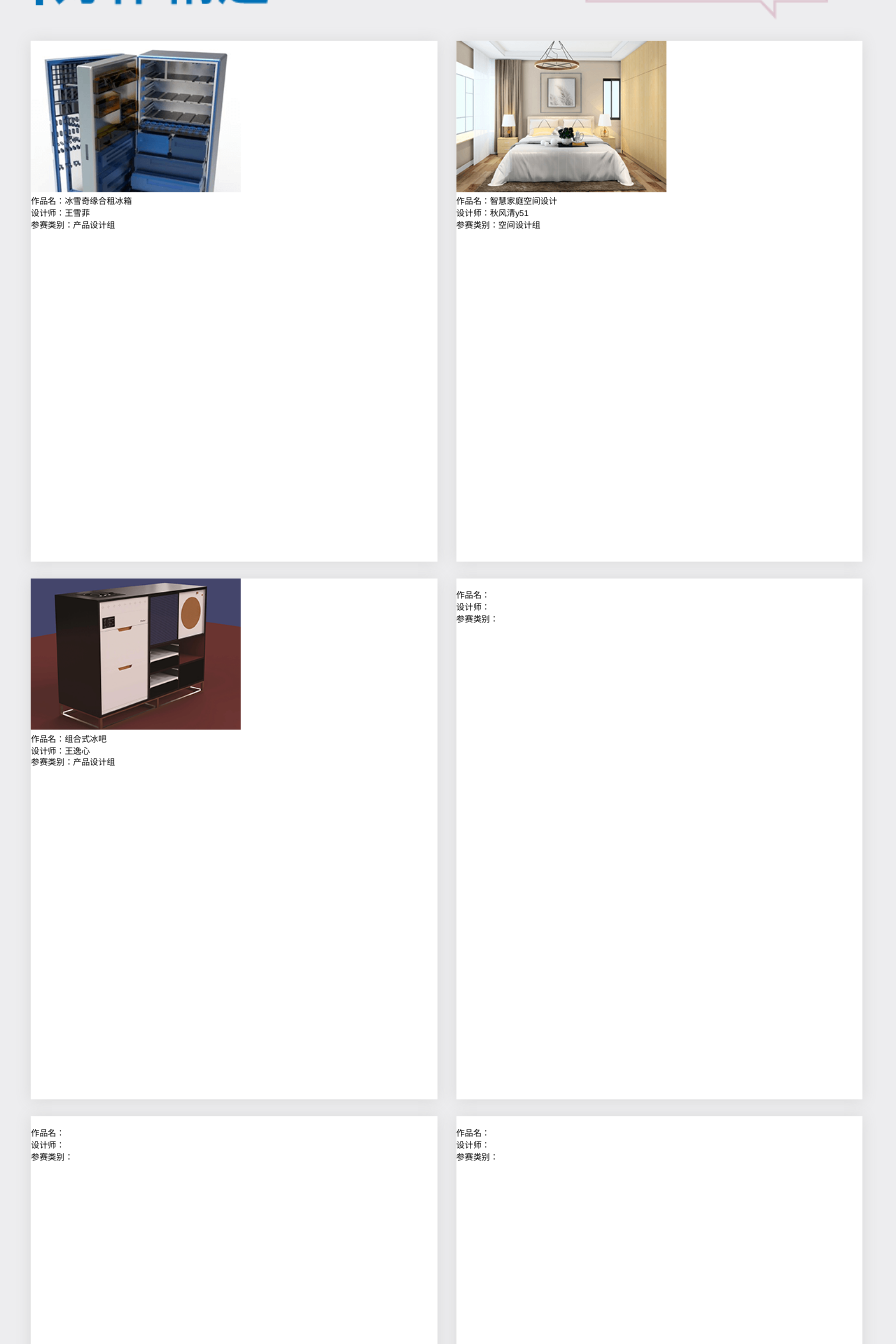
Repository: wangbiaozy/11.16
Page: pingxuan.html
The author's editor kept a copy of each file at every save. The page is drawn from the files as they stood at one save, then again after the next save.
The browser window is 1280 px wide. The pictures show the part of the page from y = 528 to 2448 px (the page is 4427 px tall), at 70% of full size.

Above is the page before, as saved 2018-11-16 17:38:34.

After the next save:
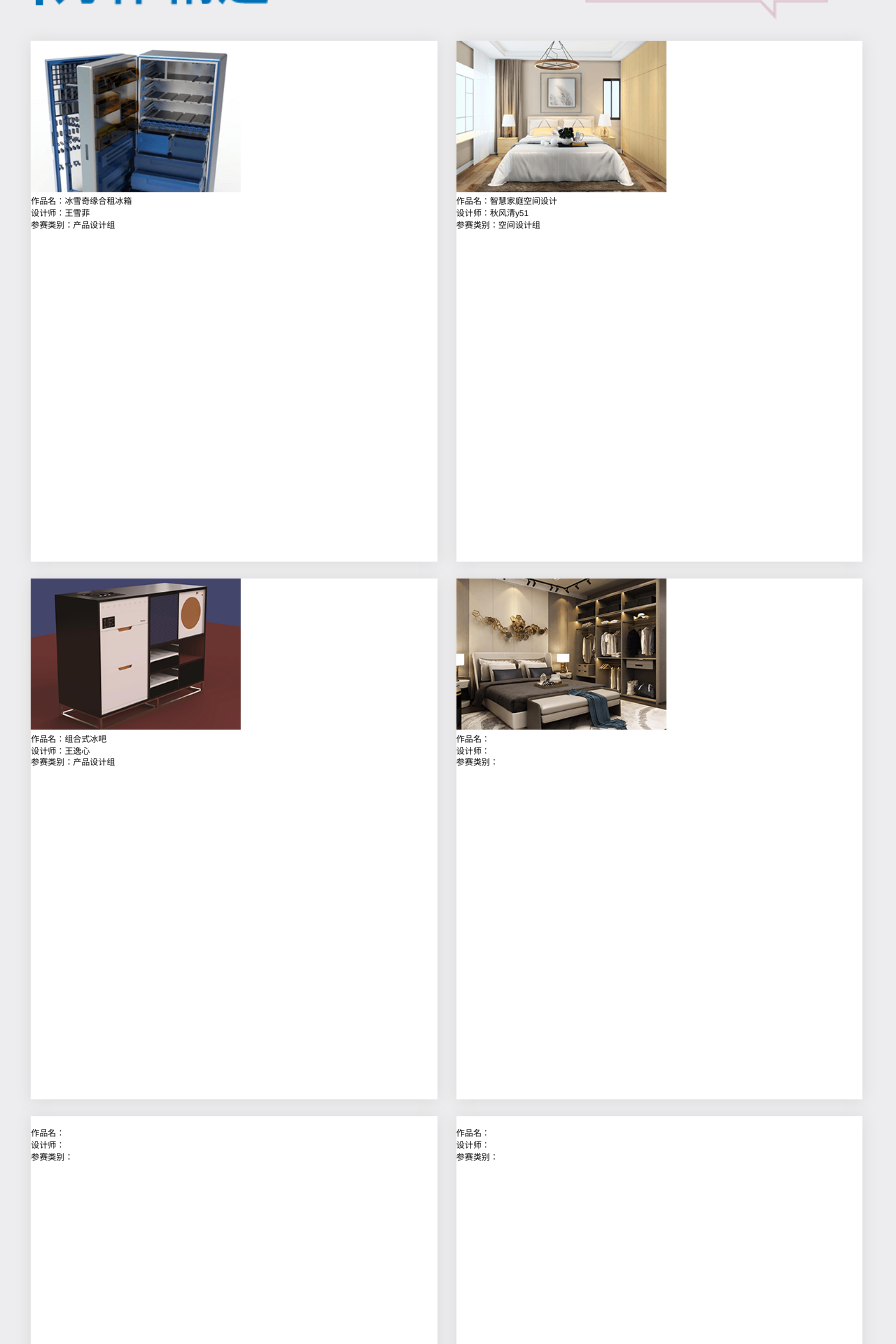
Saved 14 s later.
--- a/pingxuan.html
+++ b/pingxuan.html
@@ -40,7 +40,7 @@
                     <a href=""></a>
                 </li>
                 <li>
-                    <img src="" alt="">
+                    <img src="./images/zp_4.png" alt="">
                     <p>作品名：<span></span></p>
                     <p>设计师：<span></span></p>
                     <p>参赛类别：<span></span></p>
